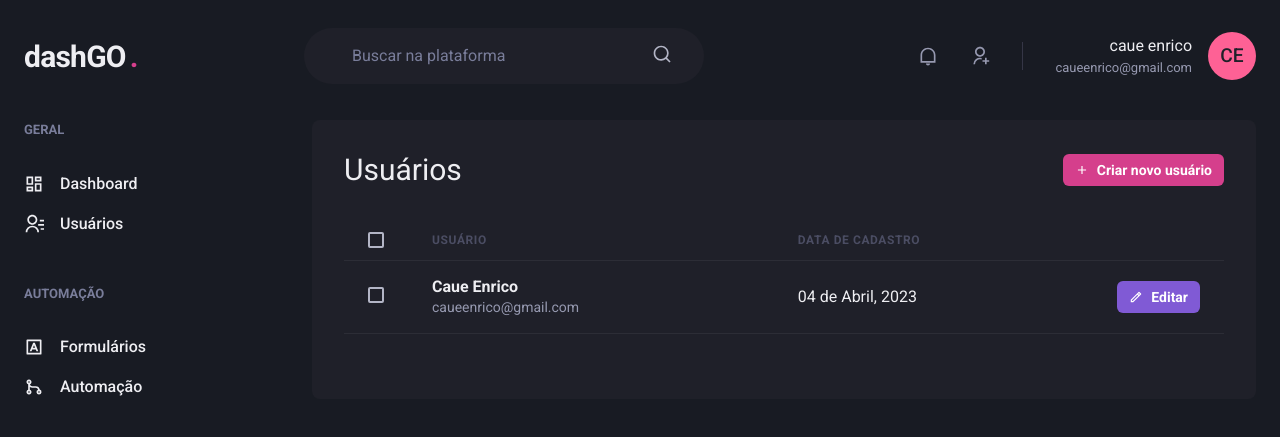
Repository: caueenrico/DashGO
Page: /user
The author's editor kept a copy of each file at every save. The page is drawn from the files as they stood at one save, then again after a run of saves.
The browser window is 1280 px wide. The pictures show the whole page.
The project was rebuilt for these pictures with package versions that can differ from the ones it lists, and the page was loaded fresh each time. The framework's server and built-in components were replaced by stand-ins that run in the browser. Also part of the build but not shown: next.config.js.

Above is the page before, as saved 2023-03-15 11:28:34.

### src/pages/_app.tsx
import { theme } from '@/styles/theme'
import { ChakraProvider } from '@chakra-ui/react'
import type { AppProps } from 'next/app'

export default function App({ Component, pageProps }: AppProps) {
  return (
    <ChakraProvider theme={theme}>
      <Component {...pageProps} />
    </ChakraProvider>

  )
}

### src/pages/_document.tsx
import { Html, Head, Main, NextScript } from 'next/document'

export default function Document() {
  return (
    <Html lang="en">
      <Head>
        <link rel="preconnect" href="https://fonts.googleapis.com"/>
        <link rel="preconnect" href="https://fonts.gstatic.com" />
        <link href="https://fonts.googleapis.com/css2?family=Roboto:wght@400;500;700&display=swap" rel="stylesheet"/>
      </Head>
      <body>
        <Main />
        <NextScript />
      </body>
    </Html>
  )
}

### src/pages/user/index.tsx
import { Header } from "@/components/Header";
import { SideBar } from "@/components/SideBar";
import { Box, Button, Checkbox, Flex, Heading, Icon, Table, Tbody, Td, Text, Th, Thead, Tr } from "@chakra-ui/react";
import { RiAddLine, RiPencilLine } from "react-icons/ri";

export default function UserList() {
  return (
    <Box>
      <Header/>

      <Flex w="100%" my="6" maxWidth={1480} mx="auto" px="6" >

        <SideBar />

        <Box flex="1" borderRadius={8} bg="gray.800" p="8">
          <Flex mb="8" justify="space-between" align="center">
            <Heading size="lg" fontWeight="normal">Usuários</Heading>

            <Button as="a" size="sm" fontSize="sm" colorScheme="pink" leftIcon={<Icon as={RiAddLine}/>} >
              Criar novo usuário
            </Button>
          </Flex>

          <Table colorScheme="whiteAlpha">

            <Thead>

              <Tr>
                <Th px="6" color="gray.300" w="8" >
                  <Checkbox colorScheme="pink"/>
                </Th>
                <Th>Usuário</Th>
                <Th>Data de cadastro</Th>
                <Th w="8" ></Th>
              </Tr>

            </Thead>

            <Tbody>
              <Tr>

                <Td>
                  <Checkbox colorScheme="pink"/>
                </Td>

                <Td>
                  <Box>
                    <Text fontWeight="bold">Caue Enrico</Text>
                    <Text fontSize="sm" color="gray.300">
                      caueenrico@gmail.com
                    </Text>
                  </Box>
                </Td>

                <Td>04 de Abril, 2023</Td>

                <Td>
                  <Button as="a" size="sm" fontSize="sm" colorScheme="purple" leftIcon={<Icon as={RiPencilLine}/>} >
                    Editar
                  </Button>
                </Td>

              </Tr>
            </Tbody>
          </Table>


        </Box>
      </Flex>
    </Box>
  )
}

### src/components/Header.tsx
import { Flex, Input, Text, Icon, HStack, Box, Avatar } from "@chakra-ui/react";
import {
  RiSearchLine,
  RiNotificationLine,
  RiUserAddLine,
} from "react-icons/ri";

export function Header() {
  return (
    <Flex
      as="header"
      w="100%"
      maxWidth={1480}
      h="20"
      mx="auto"
      mt="4"
      px="6"
      align="center"
    >
      <Text
        fontSize="3xl"
        fontWeight="bold"
        letterSpacing="tight" //para deixar a letra mais apertada
        w="64"
      >
        dashGO
        <Text as="span" ml="1" color="pink.500">
          .
        </Text>
      </Text>

      <Flex
        as="label"
        flex="1"
        py="4"
        px="8"
        ml="6"
        maxWidth={400}
        alignSelf="center"
        color="gray.200"
        position="relative"
        bg="gray.800"
        borderRadius="full"
      >
        <Input
          color="gray.50"
          variant="unstyled"
          px="4"
          mr="4"
          placeholder="Buscar na plataforma"
          _placeholder={{ color: "gray.400" }}
        />

        <Icon as={RiSearchLine} fontSize="20" />
        {/* tive que fazer isso acima, por uma recomendação do chakra, entao no caso Icon vem do chakra e o RiSearchLine vem do react-icons */}
      </Flex>

      <Flex align="center" ml="auto">
        <HStack
          spacing="8"
          mx="8"
          pr="8"
          py="1"
          color="gray.300"
          borderRightWidth={1}
          borderColor="gray.700"
        >
          <Icon as={RiNotificationLine} fontSize="20" />
          <Icon as={RiUserAddLine} fontSize="20" />
        </HStack>
      </Flex>

      <Flex align="center">

        <Box mr="4" textAlign="right">
          <Text>caue enrico</Text>
          <Text color="gray.300" fontSize="small">
            caueenrico@gmail.com
          </Text>
        </Box>
        <Avatar size="md" name="Caue Enrico" />

      </Flex>
    </Flex>
  );
}

### src/components/SideBar.tsx
import { Box, Link, Stack, Text, Icon } from "@chakra-ui/react";
import { RiDashboardLine, RiContactsLine, RiInputMethodLine, RiGitMergeLine } from "react-icons/ri";

export function SideBar() {
  return (
    <Box as="aside" w="64" mr="8">
      <Stack spacing="12" align="flex-start" >
        <Box>
          <Text fontWeight="bold" color="gray.400" fontSize="small">GERAL</Text>
          <Stack spacing="4" mt="8" align="stretch" >
            <Link display="flex" alignItems="center" >
              <Icon as={RiDashboardLine} fontSize="20" />
              <Text ml="4" fontWeight="medium" >Dashboard</Text>
            </Link>
            <Link display="flex" alignItems="center" >
              <Icon as={RiContactsLine} fontSize="20" />
              <Text ml="4" fontWeight="medium" >Usuários</Text>
            </Link>
          </Stack>
        </Box>

        <Box>
          <Text fontWeight="bold" color="gray.400" fontSize="small">AUTOMAÇÃO</Text>
          <Stack spacing="4" mt="8" align="stretch" >
            <Link display="flex" alignItems="center" >
              <Icon as={RiInputMethodLine} fontSize="20" />
              <Text ml="4" fontWeight="medium">Formulários</Text>
            </Link>
            <Link display="flex" alignItems="center" >
              <Icon as={RiGitMergeLine} fontSize="20" />
              <Text ml="4" fontWeight="medium">Automação</Text>
            </Link>
          </Stack>
        </Box>
      </Stack>

    </Box>
  )
}

### src/components/Pagination.tsx
import { Button, Stack } from "@chakra-ui/react";

export function Pagination (){
  return (
    <Stack
      direction="row"
      mt="8"
      justify="space-between"
      align="center"
      spacing="6"
    >
      <Button
        size="sm"
        fontSize="xs"
        width="4"
        colorScheme="pink"
        disabled
        _disabled={{
          bgColor: 'pink.500',
          cursor: 'default'
        }}
      >
        1
      </Button>

      <Button
        size="sm"
        fontSize="xs"
        width="4"
        bgColor="gray.700"
        _hover={{
          bgColor: 'gray.500'
        }}

      >
        2
      </Button>

      <Button
        size="sm"
        fontSize="xs"
        width="4"
        bgColor="gray.700"
        _hover={{
          bgColor: 'gray.500'
        }}

      >
        3
      </Button>

      <Button
        size="sm"
        fontSize="xs"
        width="4"
        bgColor="gray.700"
        _hover={{
          bgColor: 'gray.500'
        }}

      >
        4
      </Button>
    </Stack>
  )
}

Loaded but not shown: src/styles/theme.ts (common file)

After the next 2 saves:
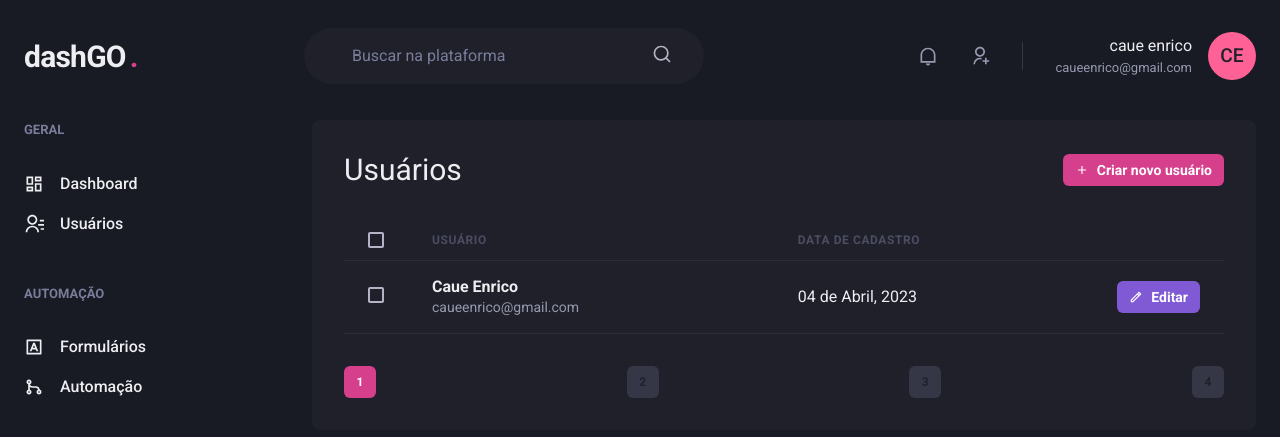
The 2 saves are shown as one change because 1 did not build or start.
The last was saved 14 s later.
--- a/src/pages/user/index.tsx
+++ b/src/pages/user/index.tsx
@@ -1,4 +1,5 @@
 import { Header } from "@/components/Header";
+import { Pagination } from "@/components/Pagination";
 import { SideBar } from "@/components/SideBar";
 import { Box, Button, Checkbox, Flex, Heading, Icon, Table, Tbody, Td, Text, Th, Thead, Tr } from "@chakra-ui/react";
 import { RiAddLine, RiPencilLine } from "react-icons/ri";
@@ -64,7 +65,7 @@ export default function UserList() {
             </Tbody>
           </Table>
 
-
+          <Pagination />
         </Box>
       </Flex>
     </Box>

After the save that followed:
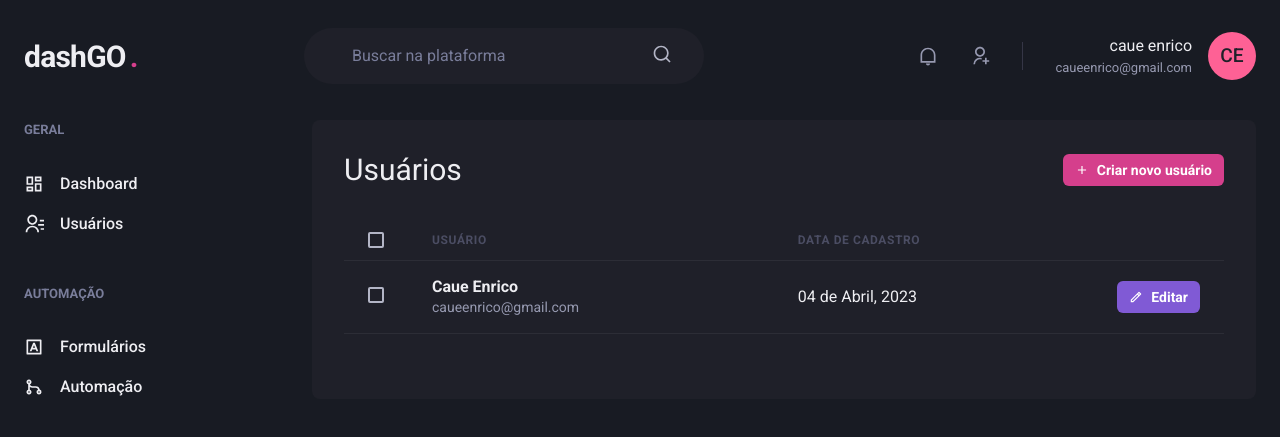
Saved 25 s later.
--- a/src/components/Pagination.tsx
+++ b/src/components/Pagination.tsx
@@ -9,58 +9,7 @@ export function Pagination (){
       align="center"
       spacing="6"
     >
-      <Button
-        size="sm"
-        fontSize="xs"
-        width="4"
-        colorScheme="pink"
-        disabled
-        _disabled={{
-          bgColor: 'pink.500',
-          cursor: 'default'
-        }}
-      >
-        1
-      </Button>
 
-      <Button
-        size="sm"
-        fontSize="xs"
-        width="4"
-        bgColor="gray.700"
-        _hover={{
-          bgColor: 'gray.500'
-        }}
-
-      >
-        2
-      </Button>
-
-      <Button
-        size="sm"
-        fontSize="xs"
-        width="4"
-        bgColor="gray.700"
-        _hover={{
-          bgColor: 'gray.500'
-        }}
-
-      >
-        3
-      </Button>
-
-      <Button
-        size="sm"
-        fontSize="xs"
-        width="4"
-        bgColor="gray.700"
-        _hover={{
-          bgColor: 'gray.500'
-        }}
-
-      >
-        4
-      </Button>
     </Stack>
   )
 }
